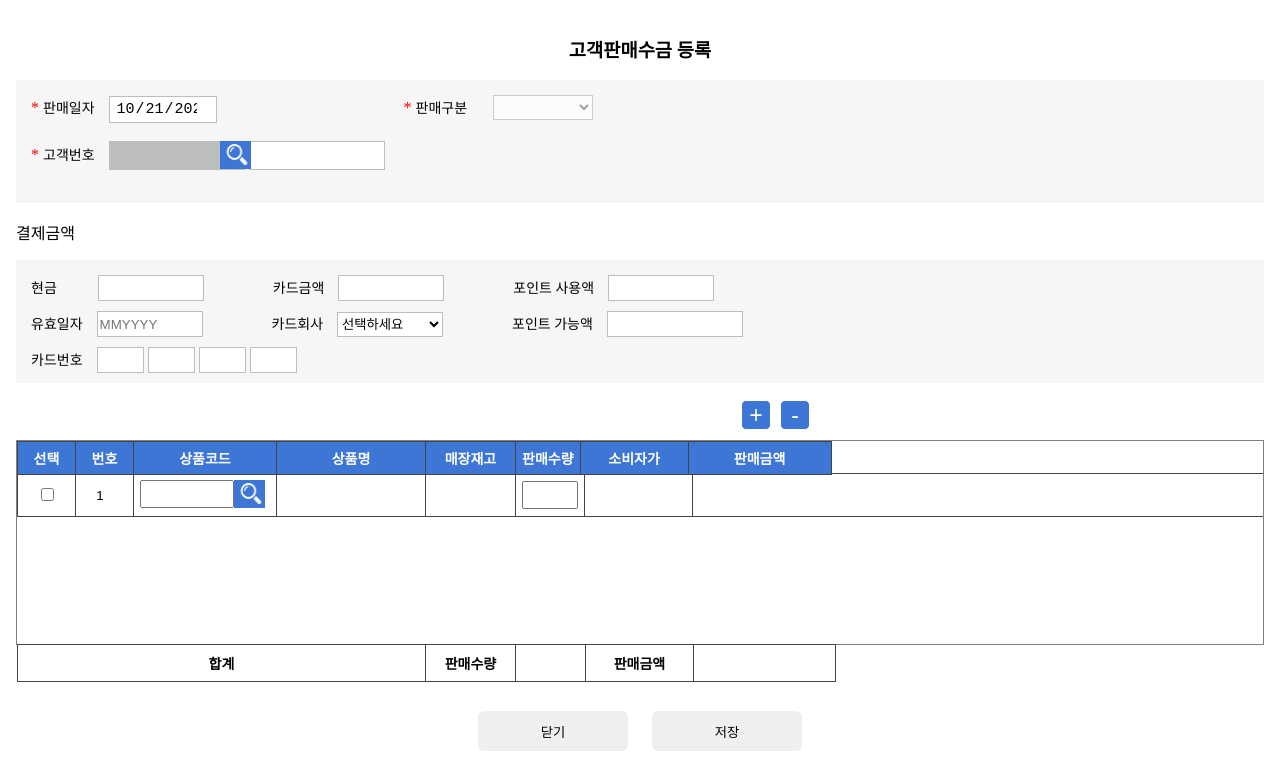
Repository: HyunyoungA/managementSystem
Page: http://localhost/DowellCommunity/WEB-INF/views/member/Collect_Bill.jsp
The author's editor kept a copy of each file at every save. The page is drawn from the files as they stood at one save, then again after the next save.
The browser window is 1280 px wide. The pictures show the whole page.
The page is served by Tomcat 9. Nobody is signed in. The template is opened directly, without the code that normally fills it, so the values that code supplies are empty.

Above is the page before, as saved 2022-10-27 07:16:19.
Console error: TypeError: Cannot read properties of null (reading '$')

After the next save:
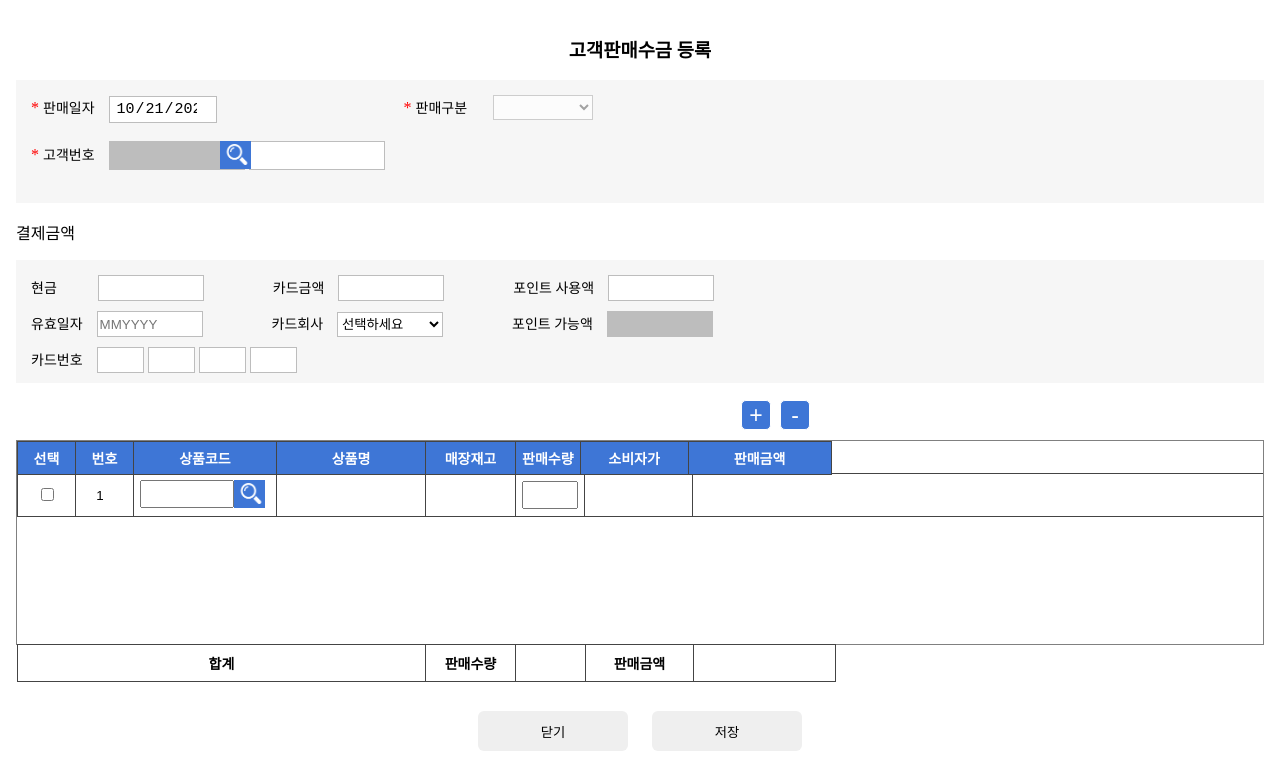
Saved 10 s later.
--- a/DowellCommunity/src/main/webapp/resources/CSS/Collect_Bill.css
+++ b/DowellCommunity/src/main/webapp/resources/CSS/Collect_Bill.css
@@ -639,4 +639,6 @@ tbody {
 }
 #pointPossible{
     text-align: end;
-}
+    width: 100px;
+    background-color: #BDBDBD;
+}
